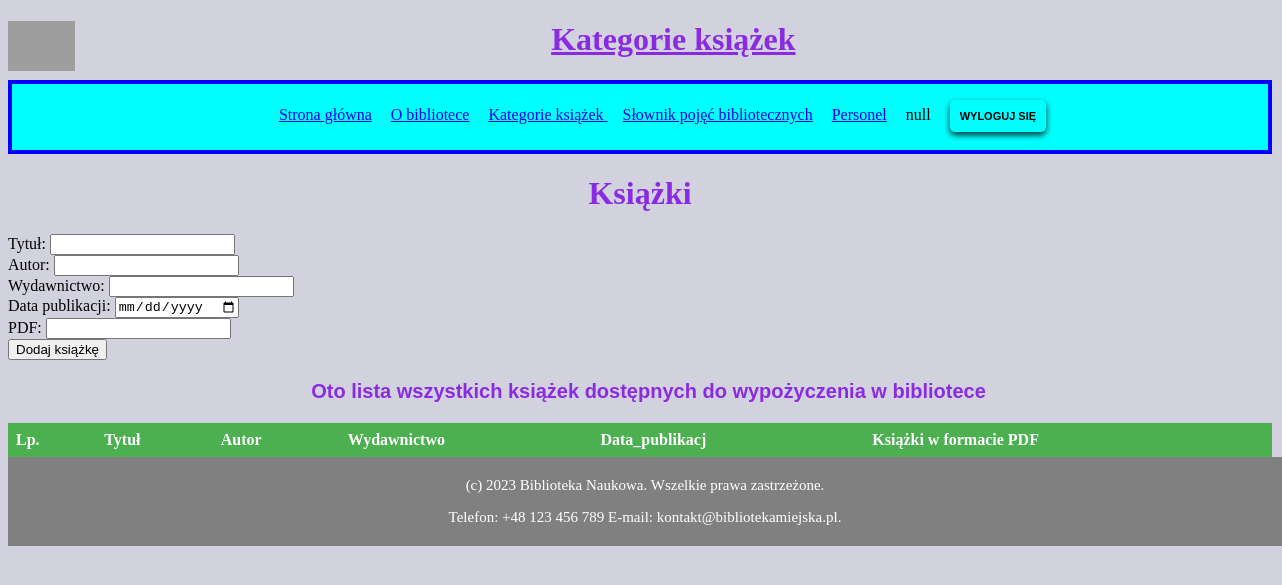
Repository: Dominik098/projekt
Page: http://localhost/biblioteka/C_Kategorie_książek.jsp
These files come from the project's save history. The page is drawn as it stood at one moment and after the next save; the edit follows.
The browser window is 1280 px wide. The page is 1282 px wide, so the pictures cover 1282 px, including what lies to the right of the window. The pictures show the whole page.
Pictures or frames that could not be fetched are drawn as grey boxes. The page is served by Tomcat 9. Queries for data that is not in the repository find no rows.

Above is the page before, as saved 2023-05-02 09:14:55.

After the next save:
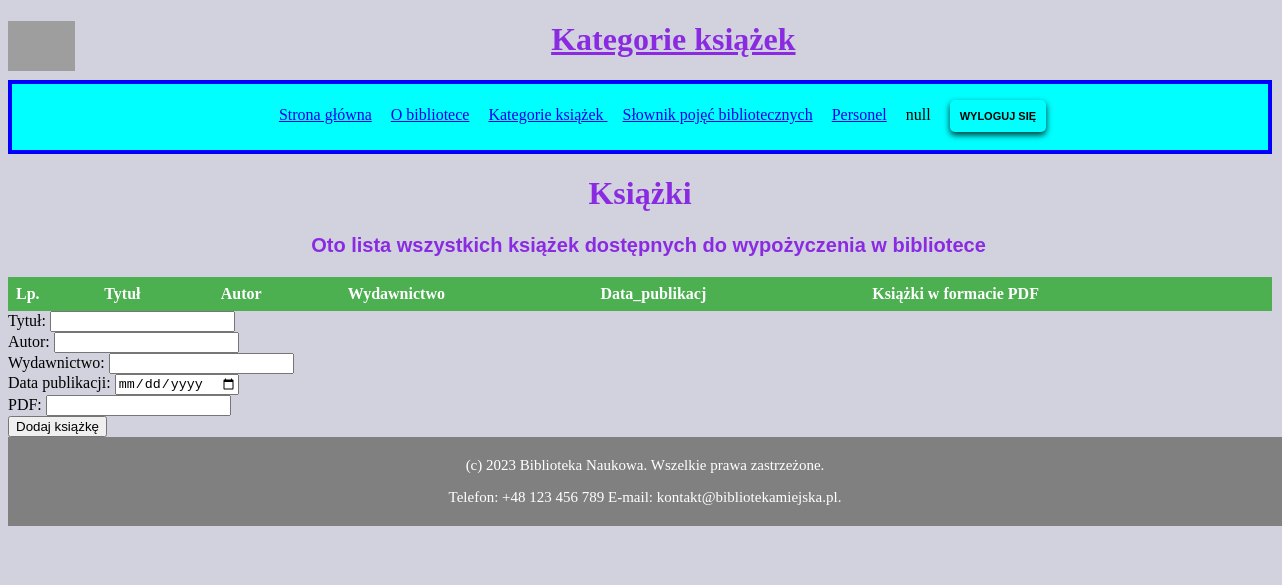
Saved 2 min 58 s later.
--- a/java projekt/biblioteka/src/main/webapp/C_Kategorie_książek.jsp
+++ b/java projekt/biblioteka/src/main/webapp/C_Kategorie_książek.jsp
@@ -49,24 +49,6 @@
     </header>
 	    <h1>Książki </h1>
 
-	    <form action="Dodajksiazke" method="post">
-  <label>Tytuł:</label>
-  <input type="text" name="tytuł"><br>
-
-  <label>Autor:</label>
-  <input type="text" name="autor"><br>
-
-  <label>Wydawnictwo:</label>
-  <input type="text" name="wydawnictwo"><br>
-
-  <label>Data publikacji:</label>
-  <input type="date" name="data_publikacji"><br>
-
-  <label>PDF:</label>
-  <input type="text" name="pdf"><br>
-
-  <input type="submit" value="Dodaj książkę">
-</form>
 
     <h3>Oto lista wszystkich książek dostępnych do wypożyczenia w bibliotece </h3>
 
@@ -130,6 +112,31 @@
     %>
 </table>
 
+
+	    <form action="Dodajksiazke" method="post">
+  <label>Tytuł:</label>
+  <input type="text" name="tytuł"><br>
+
+  <label>Autor:</label>
+  <input type="text" name="autor"><br>
+
+  <label>Wydawnictwo:</label>
+  <input type="text" name="wydawnictwo"><br>
+
+  <label>Data publikacji:</label>
+  <input type="date" name="data_publikacji"><br>
+
+  <label>PDF:</label>
+  <input type="text" name="pdf"><br>
+
+  <input type="submit" value="Dodaj książkę">
+</form>
+
+
+
+
+
+
 <script>
     // Funkcja pobierająca plik PDF
     function pobierzPDF(link) {
